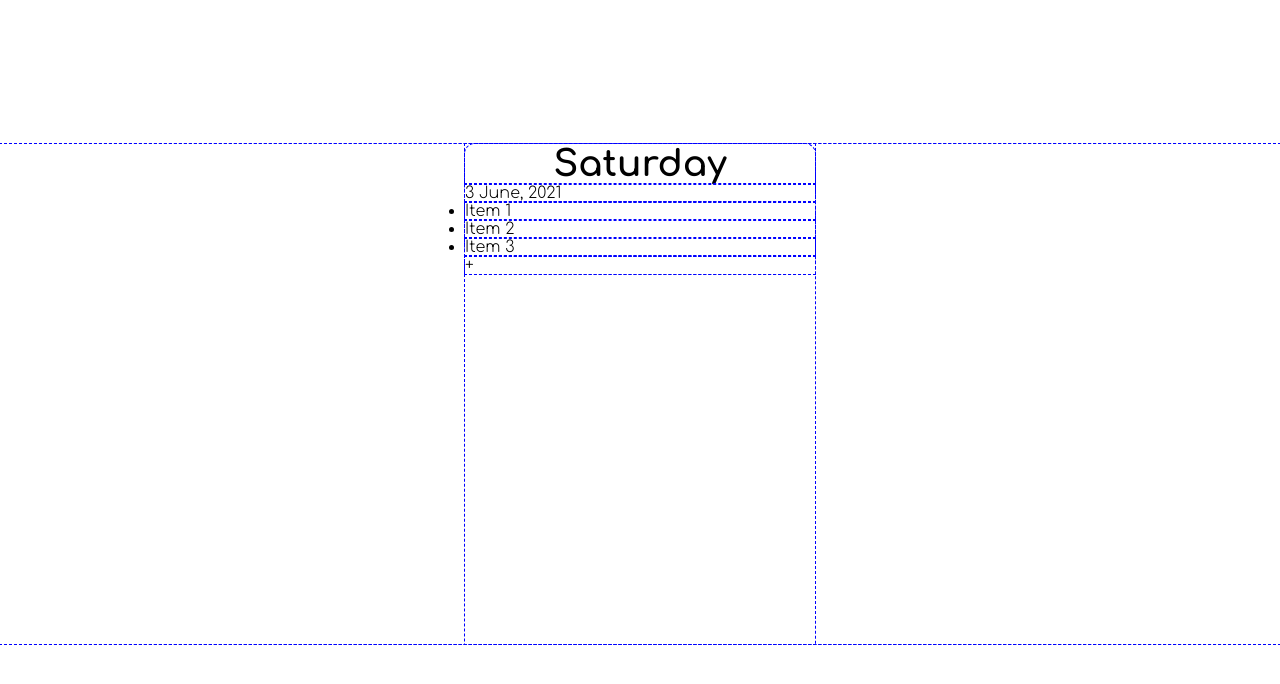
Repository: Colo-Codes/mini-projects
Page: todo-app/index.html
The author's editor kept a copy of each file at every save. The page is drawn from the files as they stood at one save, then again after the next save.
The browser window is 1280 px wide. The pictures show the whole page.

Above is the page before, as saved 2021-07-04 11:07:42.

After the next save:
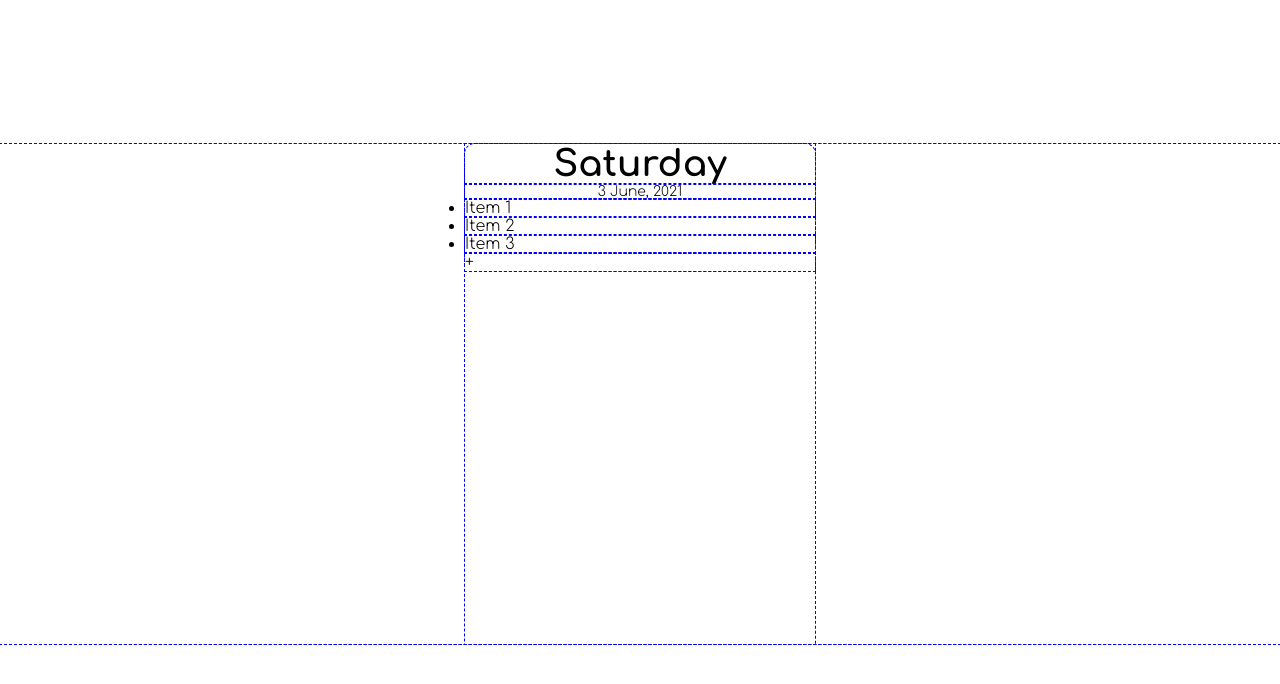
Saved 25 s later.
--- a/todo-app/css/index.css
+++ b/todo-app/css/index.css
@@ -35,4 +35,6 @@ body {
 }
 
 #todo--header p {
+    font-size: 0.875rem;
+    text-align: center;
 }
